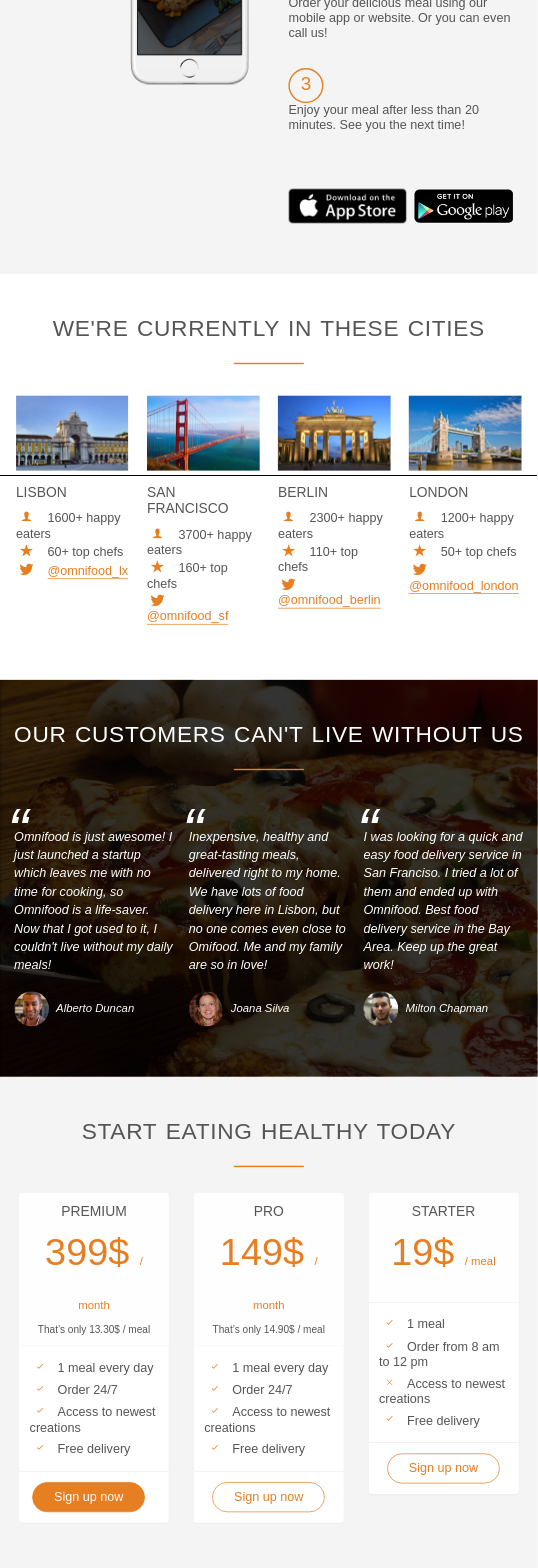
Repository: pboi18/E-Foods
Page: index.html
An editor plug-in stored every save of this project. The page is shown before and after the next save, followed by the edit.
The browser window is 768 px wide. The pictures show the part of the page from y = 2225 to 4465 px (the page is 5219 px tall before and 5199 px after), at 70% of full size.
Backgrounds fixed to the window are drawn as part of the page.

Above is the page before, as saved 2020-07-15 05:07:31.

### index.html
<!DOCTYPE html>
<html lang="en">
   <head>
      <meta name="viewport" content="width=device-width, initial-scale=1.0">
      <meta http-equiv="Content-Type" content="text/html;charset=UTF-8">
      <link rel="stylesheet" href="vendors/css/normalize.css">
      <link rel="stylesheet" href="vendors/css/7.1 Grid.css">
      <link rel="stylesheet" href="vendors/css/ionicons.min.css">
      <link rel="stylesheet" href="resources/css/style.css">
      <link rel="stylesheet" href="resources/css/quaries.css">
      <link href='http://fonts.googleapis.com/css?family=Lato:100,300,400,300italic' rel='stylesheet' type='text/css'>
      <title>Ominifoods</title>
   </head>

   <body>
      <header>
         <nav>
               <div class="row">
                  <img src="resources/img/logo-white.png" alt="Ominifood logo" class="logo">

                  <ul class="main-nav">
                     <li><a href="#">Food delivery</a></li>
                     <li><a href="#">How it works</a></li>
                     <li><a href="#">Our cities</a></li>
                     <li><a href="#">Sign up</a></li>
                  </ul>

               </div>
         </nav>
         <div class="hero-text-box">
               <h1>Goodbye junk food. <br> Hello super healthy meals.</h1>
               <a href="#" class="btn btn-full">I’m hungry </a>
               <a href="#" class="btn btn-ghost">Show me more </a>
         </div>

      </header>

      <section class="section-features">
         <div class="row">
               <h2>Get food fast &mdash; not fast food</h2>
               <p class="long-copy">
                  Hello, we’re Omnifood, your new premium food delivery service. We know you’re always busy. No time for cooking. So let us take care of that, we’re really good at it, we promise!
               </p>
         </div>

         <div class="row">
               <div class="col span-1-of-4 box">
                  <i class="ion-ios-infinite-outline icon-big"></i>
                  <h3>Up to 365 days/year</h3>
                  <p>
                     Never cook again! We
                     really mean that. Our subscription
                     plans include up to 365
                     days/year coverage. You can
                     also choose to order more
                     flexibly if that's your style.
                  </p>
               </div>

               <div class="col span-1-of-4 box">
                  <i class="ion-ios-stopwatch-outline icon-big"></i>
                  <h3>Ready in 20 minutes</h3>
                  <p>
                     You're only twenty minutes
                     away from your delicious and
                     super healthy meals delivered
                     right to your home. We work
                     with the best chefs in each
                     town to ensure that you're
                     100% happy.
                  </p>
               </div>

               <div class="col span-1-of-4 box">
                  <i class="ion-ios-nutrition-outline icon-big"></i>
                  <h3>100% organic</h3>
                  <p>
                     All our vegetables are fresh, organic and local. Animals are raised without added hormones or antibiotics. Good for your health, the environment, and it also tastes better!
                  </p>
               </div>

               <div class="col span-1-of-4 box">
                  <i class="ion-ios-cart-outline icon-big"></i>
                  <h3>Order anything</h3>
                  <p>
                     We don't limit your creativity, which means you can order whatever you feel like. You can also choose from our menu containing over 100 delicious meals. It's up to you!
                  </p>
               </div>
         </div>
      </section>

      <section class="section-meals">
         <ul class="meals-showcase clearfix">
               <li>
                  <figure class="meal-photo">
                     <img src="resources/img/1.jpg" alt="Korean bibimbap with egg and vegetables">
                  </figure>
               </li>
               <li>
                  <figure class="meal-photo">
                     <img src="resources/img/2.jpg" alt="Simple italian pizza with cherry tomatoes">
                  </figure>
               </li>
               <li>
                  <figure class="meal-photo">
                     <img src="resources/img/3.jpg" alt="Chicken breast steak with vegetables ">
                  </figure>
               </li>
               <li>
                  <figure class="meal-photo">
                     <img src="resources/img/4.jpg" alt="Autumn pumpkin soup">
                  </figure>
               </li>
         </ul>

         <ul class="meals-showcase clearfix">
               <li>
                  <figure class="meal-photo">
                     <img src="resources/img/5.jpg" alt="Paleo beef steak with vegetables">
                  </figure>
               </li>
               <li>
                  <figure class="meal-photo">
                     <img src="resources/img/6.jpg" alt="Healthy baguette with egg and vegetables">
                  </figure>
               </li>
               <li>
                  <figure class="meal-photo">
                     <img src="resources/img/7.jpg" alt="Burger with cheddar and bacon">
                  </figure>
               </li>
               <li>
                  <figure class="meal-photo">
                     <img src="resources/img/8.jpg" alt="Granola with cherries and strawberries">
                  </figure>
               </li>
         </ul>
      </section>

      <section class="section-steps">
         <div class="row">
               <h2>How it works &mdash; Simple as 1, 2, 3</h2>
         </div>
         <div class="row">
               <div class="col span-1-of-2 steps-box">
                  <img src="resources/img/app-iPhone.png" alt="Ominifood app on iphone" class="app-screen">
               </div>

               <div class="col span-1-of-2 steps-box">
                  <div class="works-step">
                     <div>1</div>
                     <p>Choose the subscription plan that best fits your needs and sign up today.</p>
                  </div>
                  <div class="works-step">
                     <div>2</div>
                     <p>Order your delicious meal using our mobile app or website. Or you can even call us!</p>
                  </div>
                  <div class="works-step">
                     <div>3</div>
                     <p>Enjoy your meal after less than 20 minutes. See you the next time!</p>
                  </div>

                  <a href="#" class="btn-app">
                     <img src="resources/img/download-app.png " alt="App Store Button">
                  </a>
                  <a href="#" class="btn-app" >
                     <img src="resources/img/download-app-android.png" alt="play Store Button">
                  </a>

               </div>
         </div>
      </section>


      <section class="section-cities">
         <div class="row">
            <h2>
               We're currently in these cities
            </h2>
         </div>

         <div class="row">
            <div class="col span-1-of-4 box">
               <img src="resources/img/lisbon-3.jpg" alt="Lisbon">
               <h3>Lisbon</h3>
               <div class="city-feature">
                  <i class="ion-ios-person icon-small"></i>
                  1600+ happy eaters
               </div>
               <div class="city-feature">
                  <i class="ion-ios-star icon-small"></i>
                  60+ top chefs
               </div>
               <div class="city-feature">
                  <i class="ion-social-twitter icon-small"></i>
                  <a href="#">@omnifood_lx</a>
               </div>
            </div>

            <div class="col span-1-of-4 box">
               <img src="resources/img/san-francisco.jpg" alt="San Francisco">
               <h3>San Francisco</h3>
               <div class="city-feature">
                  <i class="ion-ios-person icon-small"></i>
                  3700+ happy eaters
               </div>
               <div class="city-feature">
                  <i class="ion-ios-star icon-small"></i>
                  160+ top chefs
               </div>
               <div class="city-feature">
                  <i class="ion-social-twitter icon-small"></i>
                  <a href="#">@omnifood_sf</a>
               </div>
            </div>

            <div class="col span-1-of-4 box">
               <img src="resources/img/berlin.jpg" alt="Berlin">
               <h3>Berlin</h3>
               <div class="city-feature">
                  <i class="ion-ios-person icon-small"></i>
                  2300+ happy eaters
               </div>
               <div class="city-feature">
                  <i class="ion-ios-star icon-small"></i>
                  110+ top chefs
               </div>
               <div class="city-feature">
                  <i class="ion-social-twitter icon-small"></i>
                  <a href="#">@omnifood_berlin</a>
               </div>
            </div>

            <div class="col span-1-of-4 box">
               <img src="resources/img/london.jpg" alt="London">
               <h3>London</h3>
               <div class="city-feature">
                  <i class="ion-ios-person icon-small"></i>
                  1200+ happy eaters
               </div>
               <div class="city-feature">
                  <i class="ion-ios-star icon-small"></i>
                  50+ top chefs
               </div>
               <div class="city-feature">
                  <i class="ion-social-twitter icon-small"></i>
                  <a href="#">@omnifood_london</a>
               </div>
            </div>
         </div>


      </section>

      <section class="section-testimonials">
         <div class="row">
            <h2>Our customers can't live without us</h2>
         </div>

         <div class="row">
            <div class="col span-1-of-3">
               <blockquote>
                  Omnifood is just awesome! I just launched a startup which leaves me with no time for cooking, so Omnifood is a life-saver. Now that I got used to it, I couldn't live without my daily meals!
                  <cite><img src="resources/img/customer-1.jpg" alt="">Alberto Duncan</cite>
               </blockquote>
            </div>

            <div class="col span-1-of-3">
               <blockquote>
                  Inexpensive, healthy and great-tasting meals, delivered right to my home. We have lots of food delivery here in Lisbon, but no one comes even close to Omifood. Me and my family are so in love!
                  <cite><img src="resources/img/customer-2.jpg" alt="">Joana Silva</cite>
               </blockquote>
            </div>

            <div class="col span-1-of-3">
               <blockquote>
                  I was looking for a quick and easy food delivery service in San Franciso. I tried a lot of them and ended up with Omnifood. Best food delivery service in the Bay Area. Keep up the great work!
                  <cite><img src="resources/img/customer-3.jpg" alt="">Milton Chapman</cite>
               </blockquote>
            </div>
         </div>
      </section>

      <section class="section-plans">
         <div class="row">
            <h2>Start eating healthy today</h2>
         </div>
         <div class="row">
            <div class="col span-1-of-3">
               <div class="plan-box">
                  <div>
                     <h3>Premium</h3>
                     <p class="plan-price">399$ <span>/ month</span></p>
                     <p class="plan-price-meal">That’s only 13.30$ / meal</p>
                  </div>
                  <div>
                     <ul>
                        <li><i class="ion-ios-checkmark-empty icon-small"></i>1 meal every day</li>
                        <li><i class="ion-ios-checkmark-empty icon-small"></i>Order 24/7</li>
                        <li><i class="ion-ios-checkmark-empty icon-small"></i>Access to newest creations</li>
                        <li><i class="ion-ios-checkmark-empty icon-small"></i>Free delivery</li>
                     </ul>
                  </div>
                  <div>
                     <a href="#" class="btn btn-full" >Sign up now </a>
                  </div>
               </div>
            </div>

            <div class="col span-1-of-3">
               <div class="plan-box">
                  <div>
                     <h3>Pro</h3>
                     <p class="plan-price">149$ <span>/ month</span></p>
                     <p class="plan-price-meal">That’s only 14.90$ / meal</p>
                  </div>
                  <div>
                     <ul>
                        <li><i class="ion-ios-checkmark-empty icon-small"></i>1 meal every day</li>
                        <li><i class="ion-ios-checkmark-empty icon-small"></i>Order 24/7</li>
                        <li><i class="ion-ios-checkmark-empty icon-small"></i>Access to newest creations</li>
                        <li><i class="ion-ios-checkmark-empty icon-small"></i>Free delivery</li>
                     </ul>
                  </div>
                  <div>
                     <a href="#" class="btn btn-ghost" >Sign up now </a>
                  </div>
               </div>
            </div>

            <div class="col span-1-of-3">
               <div class="plan-box">
                  <div>
                     <h3>Starter</h3>
                     <p class="plan-price">19$ <span>/ meal</span></p>
                     <p class="plan-price-meal"> &nbsp; </p>
                  </div>
                  <div>
                     <ul>
                        <li><i class="ion-ios-checkmark-empty icon-small"></i>1 meal</li>
                        <li><i class="ion-ios-checkmark-empty icon-small"></i>Order from 8 am to 12 pm</li>
                        <li><i class="ion-ios-close-empty icon-small"></i>Access to newest creations</li>
                        <li><i class="ion-ios-checkmark-empty icon-small"></i>Free delivery</li>
                     </ul>
                  </div>
                  <div>
                     <a href="#" class="btn btn-ghost" >Sign up now </a>
                  </div>
               </div>
            </div>
         </div>
      </section>

      <section class="section-form">
         <div class="row">
            <h2>We're happy to hear from you</h2>
         </div>

         <div class="row">
            <form action="#" method="post" class="contact-form" >
               <div class="row">
                  <div class="col span-1-of-3">
                     <label for="name">Name</label>
                  </div>
                  <div class="col span-2-of-3">
                     <input type="text" name="name" id="name" placeholder="Your name" requried>
                  </div>
               </div>
               <div class="row">
                  <div class="col span-1-of-3">
                     <label for="email">Email</label>
                  </div>
                  <div class="col span-2-of-3">
                     <input type="email" name="email" id="email" placeholder="Your email" requried>
                  </div>
               </div>
               <div class="row">
                  <div class="col span-1-of-3">
                     <label for="find-us">How did you find us?</label>
                  </div>
                  <div class="col span-2-of-3">
                     <select name="find us" id="find-us" required>
                        <option value="None">None</option>
                        <option value="friends">Friends</option>
                        <option value="Social Media">Social Media</option>
                        <option value="Search Engines">Search Engines</option>
                        <option value="Advertisement">Advertisement</option>
                        <option value="Others">Others</option>

                     </select>
                  </div>
               </div>
               <div class="row">
                  <div class="col span-1-of-3">
                     <label for="newsletter">Newsletter</label>
                  </div>
                  <div class="col span-2-of-3">
                     <input type="checkbox" name="checkbox" id="newsletter" >
                  </div>
               </div>
               <div class="row">
                  <div class="col span-1-of-3">
                     <label for="message">Drop us a line</label>
                  </div>
                  <div class="col span-2-of-3">
                     <textarea name="message" id="message" ></textarea>
                  </div>
               </div>
               <div class="row">
                  <div class="col span-1-of-3">
                     <label for="">&nbsp;</label>
                  </div>
                  <div class="col span-2-of-3">
                     <input type="submit" value="Send it!">
                  </div>
               </div>
            </form>
         </div>
      </section>

      <footer>
         <div class="row">
            <div class="col span-1-of-2">
               <ul class="footer-nav">
                  <li><a href="#">About us</a></li>
                  <li><a href="#">Blog </a></li>
                  <li><a href="#">Press</a></li>
                  <li><a href="#">iOS App</a></li>
                  <li><a href="#">Android App</a></li>
               </ul>
            </div>
            <div class="col span-1-of-2">
               <ul class="social-links">
                  <li><a href="#"><i class="ion-social-facebook"></i></a></li>
                  <li><a href="#"><i class="ion-social-twitter"></i></a></li>
                  <li><a href="#"><i class="ion-social-googleplus"></i></a></li>
                  <li><a href="#"><i class="ion-social-instagram"></i></a></li>
               </ul>
            </div>
         </div>
         <div class="row">
            <p>
               Copyright &copy; 2020 by Ominifood. All right reserved
            </p>
         </div>
      </footer>

   </body>


</html>

### resources/css/quaries.css

/* from bg tab to 1200px (widths smaller than the 1140 row) */
@media only screen and (max-width: 1200px) {

    .hero-text-box {
        width: 100%;
        padding:  0 2%;
    }

    .row {
        padding: 0 2%;
    }


}


/* sm tab - bg tab: 768 - 1023px */
@media only screen and (max-width: 1023px) {
    body {
        font-size: 18px;
    }

    section {

        padding: 60px 0;
    }

    .long-copy {
        width: 80%;
        margin-left: 10%;
    }

    .step-box { margin-top: 10px;}
    .step-box:last-child { margin-top: 10px;}
    .works-step { margin-bottom: 40px;}
    .works-step:last-child { margin-bottom: 60px;}

    .app-screen { width: 50%;}
}

/* small phones to small tablets: from 481px - 767px */
@media only screen and (max-width: 767px) {

}


/* small phones: from 0 - 480px */
@media only screen and (max-width: 480px) {

}

Loaded but not shown: vendors/css/normalize.css (library); vendors/css/7.1 Grid.css (library); vendors/css/ionicons.min.css (library); resources/css/style.css (591 lines, source omitted)

After the next save:
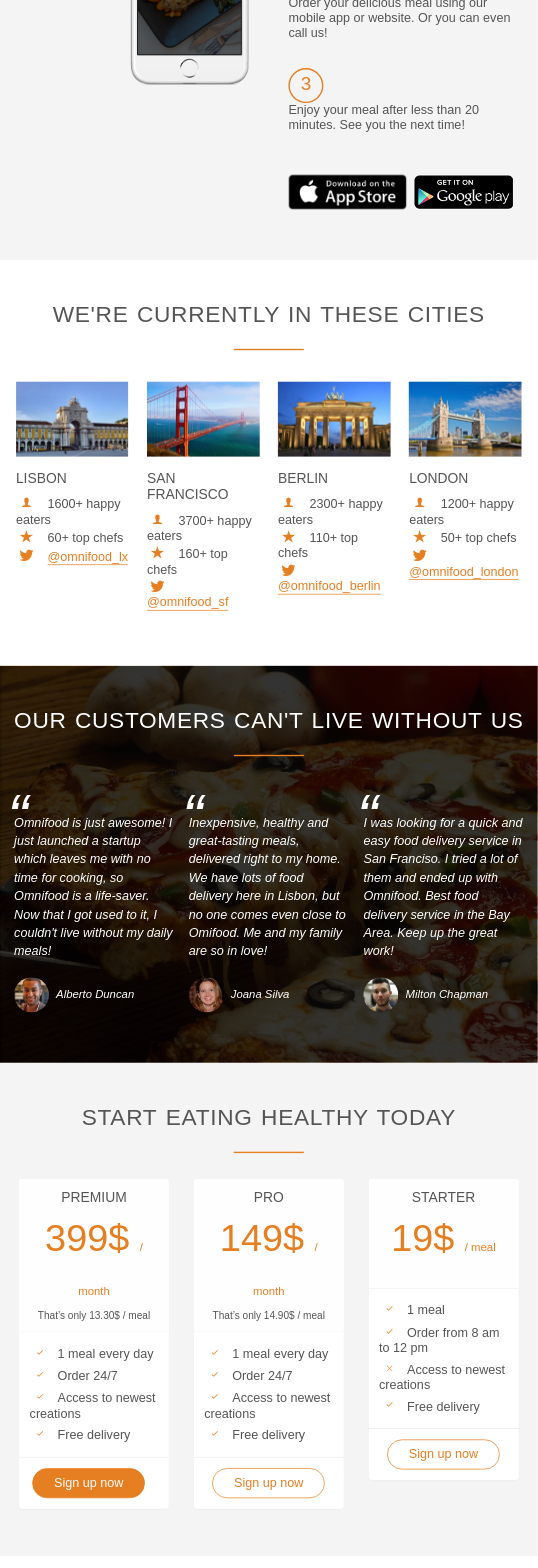
Saved 106 s later.
--- a/resources/css/quaries.css
+++ b/resources/css/quaries.css
@@ -34,7 +34,7 @@
     .step-box { margin-top: 10px;}
     .step-box:last-child { margin-top: 10px;}
     .works-step { margin-bottom: 40px;}
-    .works-step:last-child { margin-bottom: 60px;}
+    .works-step:last-of-type { margin-bottom: 60px;}
 
     .app-screen { width: 50%;}
 }
